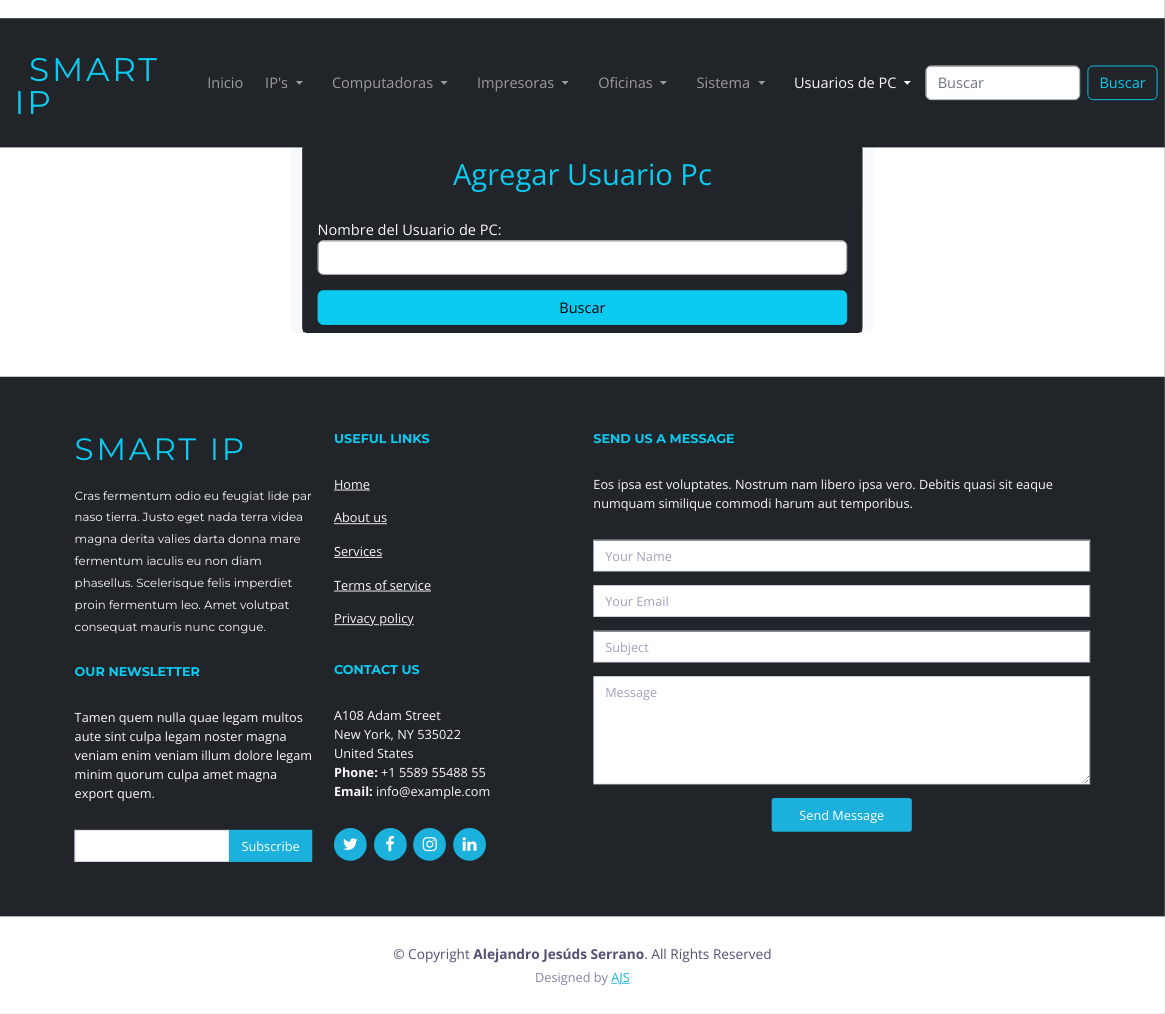
Repository: AlejandroJesusSerrano/SmartIPs
Page: smartip/smartipnav/templates/smartipnav/userpc.html
The author's editor kept a copy of each file at every save. The page is drawn from the files as they stood at one save, then again after the next save.
The browser window is 1280 px wide. The pictures show the whole page, at 91% of full size.
The page is served by the project's application, run on Django 4.2 (smartip/manage.py). The template is opened directly, without the code that normally fills it, so the values that code supplies are empty.

Above is the page before, as saved 2022-11-15 17:01:32.

After the next save:
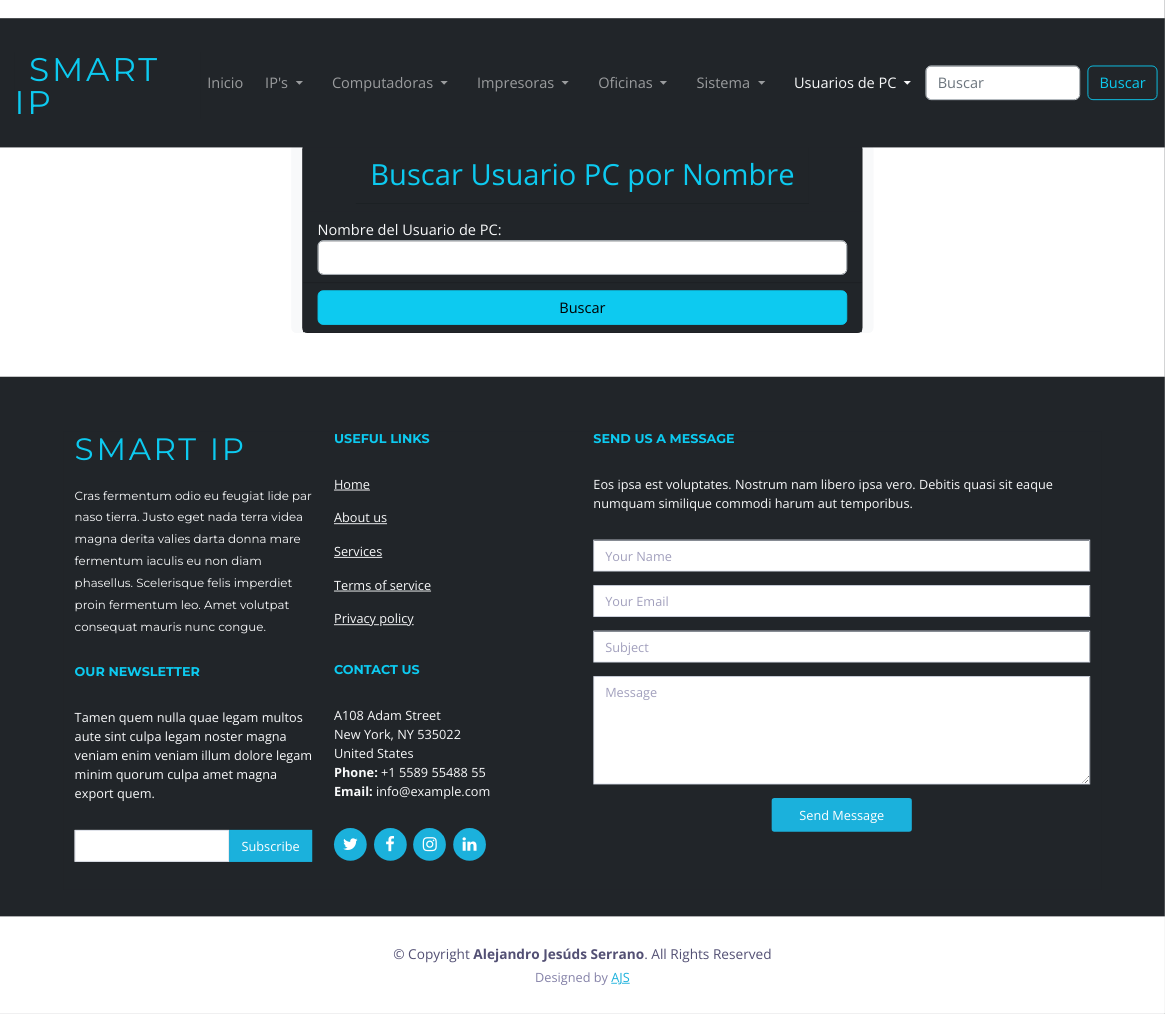
Saved 37 min 2 s later.
--- a/smartip/smartipnav/templates/smartipnav/userpc.html
+++ b/smartip/smartipnav/templates/smartipnav/userpc.html
@@ -10,7 +10,7 @@
     <div class="container col-lg-6 bg-light rounded">
         <div class="card mx-auto mt-5 bg-dark style="width: 20rem;">
             <div class="card-header bg-dark text-info mx-auto">
-                <p class="fs-2 my-0">Agregar Usuario Pc</p>
+                <p class="fs-2 my-0">Buscar Usuario PC por Nombre</p>
             </div>
             <form id=printer_add_form action="{% url 'UserPcResult' %}" method="get" class="mt-2">
                 {% csrf_token %}
